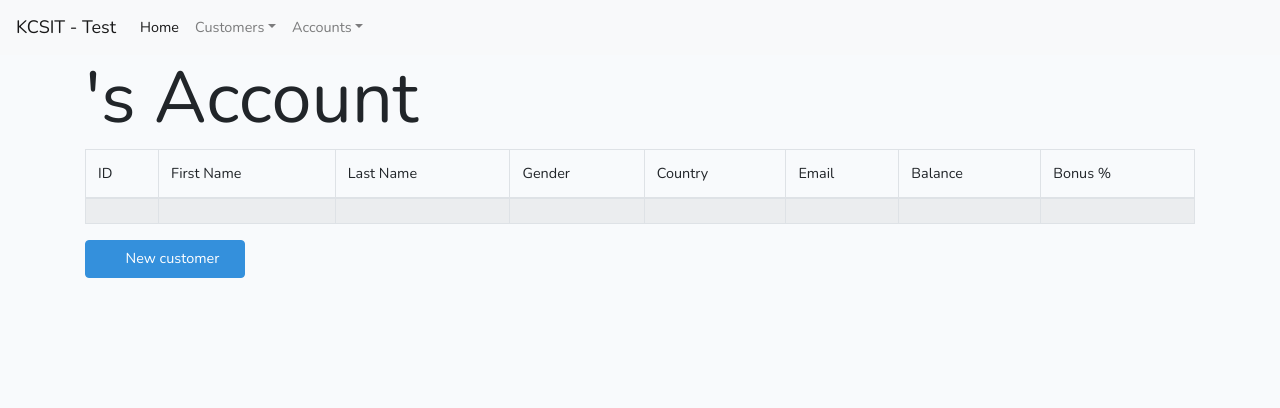
Repository: GilmarBrito/kcsit
Page: resources/views/accounts/index.blade.php
An editor plug-in stored every save of this project. The page is shown before and after the next save, followed by the edit.
The browser window is 1280 px wide. The pictures show the whole page.
The page is served by the project's Laravel application, run on PHP 8.4 with Laravel 8. Other server files are loaded and not shown. Style sheets and scripts are compiled from the project's sources, by tool versions that may differ from the author's. The template is opened directly, without the code that normally fills it, so the values that code supplies are empty.

Above is the page before, as saved 2020-03-09 02:47:28.
Console error: ReferenceError: $ is not defined

### routes/web.php
<?php

use Illuminate\Support\Facades\Route;

/*
|--------------------------------------------------------------------------
| Web Routes
|--------------------------------------------------------------------------
|
| Here is where you can register web routes for your application. These
| routes are loaded by the RouteServiceProvider within a group which
| contains the "web" middleware group. Now create something great!
|
*/

Route::get('/', function () {
    return view('welcome');
});

Route::resource('customers', 'CustomerController');

Route::get('/customers/{id}/accounts',[
    'as' => 'accounts.show',
    'uses' => 'AccountController@show'
]);

### resources/views/accounts/index.blade.php
@extends('base')

@section('main')
<div class="row">
    <div class="col-sm-12">
        <h1 class="display-3">{{$customer->first_name}} {{$customer->last_name}}'s Account</h1>
    </div>

    <div class="col-sm-12">
        <table class="table table-striped table-bordered">
            <thead>
                <tr>
                    <td>ID</td>
                    <td>First Name</td>
                    <td>Last Name</td>
                    <td>Gender</td>
                    <td>Country</td>
                    <td>Email</td>
                    <td>Balance</td>
                    <td>Bonus %</td>
                </tr>
            </thead>
            <tbody>

                <tr>
                    <td>{{$customer->id}}</td>
                    <td>{{$customer->first_name}}</td>
                    <td>{{$customer->last_name}}</td>
                    <td>{{$customer->gender}}</td>
                    <td>{{$customer->country}}</td>
                    <td>{{$customer->email}}</td>
                    <td>{{$account->current_balance}}</td>
                    <td>{{$account->bonus}}</td>
                </tr>

            </tbody>
        </table>
    </div>
    <div class="col-sm-2">
        <a href="{{route('customers.create')}}" class="btn btn-primary btn-block">
            <i class="fas fa-user-plus"></i> New customer
        </a>
    </div>
</div>
@endsection

### resources/views/base.blade.php
<!DOCTYPE html>
<html lang="en">
<head>
    <meta name="viewport" content="width=device-width, initial-scale=1.0">
    <title>KCSIT - Clever Full Stack Developer Test Task</title>
    <!-- Styles -->
    <link href="{{ asset('css/app.css') }}" rel="stylesheet">
</head>
<body>
    <nav class="navbar navbar-expand-lg navbar-light bg-light">
        <a class="navbar-brand" href="#">{{ config('app.name') }}</a>
        <button class="navbar-toggler" type="button" data-toggle="collapse" data-target="#navbarSupportedContent" aria-controls="navbarSupportedContent" aria-expanded="false" aria-label="Toggle navigation">
            <span class="navbar-toggler-icon"></span>
        </button>

        <div class="collapse navbar-collapse" id="navbarSupportedContent">
            <ul class="navbar-nav mr-auto">
                <li class="nav-item active">
                    <a class="nav-link" href="#">Home <span class="sr-only">(current)</span></a>
                </li>
                <li class="nav-item dropdown">
                    <a class="nav-link dropdown-toggle" href="#" id="navbarDropdown" role="button" data-toggle="dropdown" aria-haspopup="true" aria-expanded="false">Customers</a>
                    <div class="dropdown-menu" aria-labelledby="navbarDropdown">
                        <a class="dropdown-item" href="{{ route('customers.index') }}">List</a>
                        <a class="dropdown-item" href="{{ route('customers.create')}}">New</a>
                    </div>
                </li>
                <li class="nav-item dropdown">
                    <a class="nav-link dropdown-toggle" href="#" id="navbarDropdown" role="button" data-toggle="dropdown" aria-haspopup="true" aria-expanded="false">Accounts</a>
                    <div class="dropdown-menu" aria-labelledby="navbarDropdown">
                        <a class="dropdown-item" href="#">List</a>
                        <a class="dropdown-item" href="#">Deposit</a>
                        <a class="dropdown-item" href="#">Withdraw</a>
                    </div>
                </li>
            </ul>
        </div>
    </nav>
    @include('flash-message')
    <div class="container">
        @yield('main')
    </div>
    <!-- Scripts -->
    <script src="{{ asset('js/app.js') }}"></script>

    <script>
        $(document).ready(function () {
            if ($('.alert')){
                $('.alert').fadeTo(4000, 500).slideUp(500, function(){
                    $(".alert-dismissible").alert('close');
                });
            }
        });
    </script>

</body>
</html>

### resources/views/flash-message.blade.php
@if ($message = Session::get('success'))
<div class="alert alert-success alert-dismissible fade show">
	<button type="button" class="close" data-dismiss="alert">×</button>
        <strong>{{ $message }}</strong>
</div>
@endif


@if ($message = Session::get('error'))
<div class="alert alert-danger alert-dismissible fade show">
	<button type="button" class="close" data-dismiss="alert">×</button>
        <strong>{{ $message }}</strong>
</div>
@endif


@if ($message = Session::get('warning'))
<div class="alert alert-warning alert-dismissible fade show">
	<button type="button" class="close" data-dismiss="alert">×</button>
	<strong>{{ $message }}</strong>
</div>
@endif


@if ($message = Session::get('info'))
<div class="alert alert-info alert-dismissible fade show">
	<button type="button" class="close" data-dismiss="alert">×</button>
	<strong>{{ $message }}</strong>
</div>
@endif


@if ($errors->any())
<div class="alert alert-danger alert-dismissible fade show">
	<button type="button" class="close" data-dismiss="alert">×</button>
	Please check the form below for errors
</div>
@endif

### resources/sass/app.scss
// Fonts
@import url('https://fonts.googleapis.com/css?family=Nunito');

// Variables
@import 'variables';

// Bootstrap
@import '~bootstrap/scss/bootstrap';
// @import 'node_modules/@fortawesome/fontawesome-free/scss/fontawesome.scss';
@import '~@fortawesome/fontawesome-free/scss/fontawesome';
@import '~@fortawesome/fontawesome-free/scss/regular';
@import '~@fortawesome/fontawesome-free/scss/solid';
@import '~@fortawesome/fontawesome-free/scss/brands';

Loaded but not shown: resources/sass/_variables.scss (common file)

After the next save:
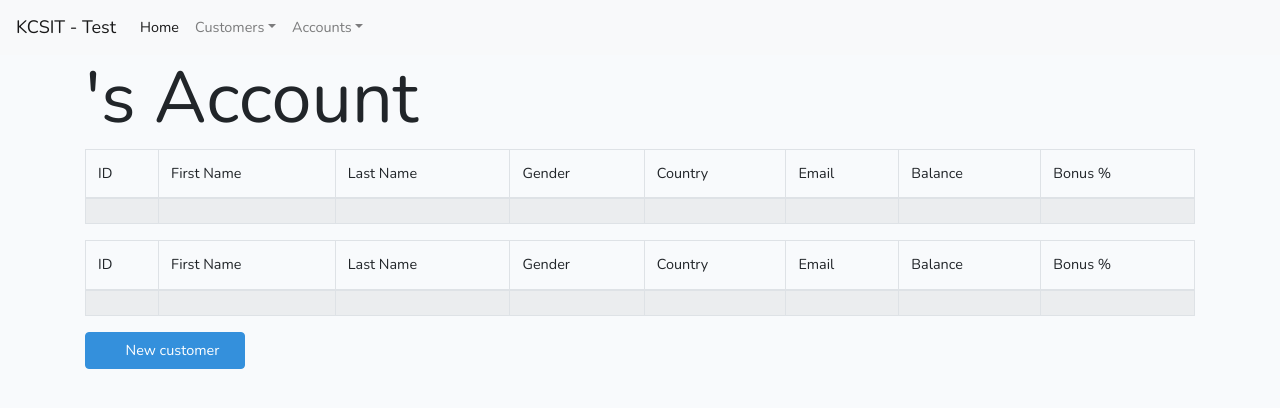
Saved 26 s later.
--- a/resources/views/accounts/index.blade.php
+++ b/resources/views/accounts/index.blade.php
@@ -36,6 +36,36 @@
             </tbody>
         </table>
     </div>
+    <div class="col-sm-12">
+        <table class="table table-striped table-bordered">
+            <thead>
+                <tr>
+                    <td>ID</td>
+                    <td>First Name</td>
+                    <td>Last Name</td>
+                    <td>Gender</td>
+                    <td>Country</td>
+                    <td>Email</td>
+                    <td>Balance</td>
+                    <td>Bonus %</td>
+                </tr>
+            </thead>
+            <tbody>
+
+                <tr>
+                    <td>{{$customer->id}}</td>
+                    <td>{{$customer->first_name}}</td>
+                    <td>{{$customer->last_name}}</td>
+                    <td>{{$customer->gender}}</td>
+                    <td>{{$customer->country}}</td>
+                    <td>{{$customer->email}}</td>
+                    <td>{{$account->current_balance}}</td>
+                    <td>{{$account->bonus}}</td>
+                </tr>
+
+            </tbody>
+        </table>
+    </div>
     <div class="col-sm-2">
         <a href="{{route('customers.create')}}" class="btn btn-primary btn-block">
             <i class="fas fa-user-plus"></i> New customer
